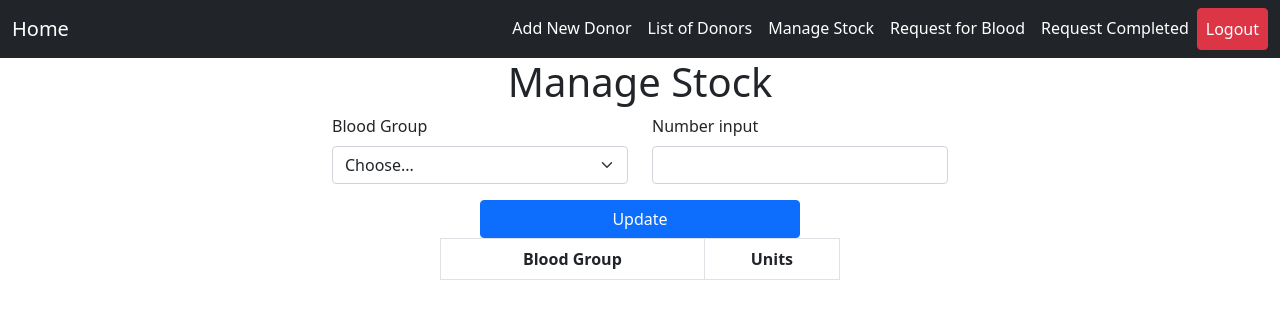
Repository: kshitizJ/Blood-Bank-Management-System-in-jsp
Page: http://localhost/Blood_Bank_Management_System/manageStock.jsp
These files come from the project's save history. The page is drawn as it stood at one moment and after the next save; the edit follows.
The browser window is 1280 px wide. The pictures show the whole page.
The page is served by Tomcat 9. Queries for data that is not in the repository find no rows.

Above is the page before, as saved 2021-04-28 13:30:34.

After the next save:
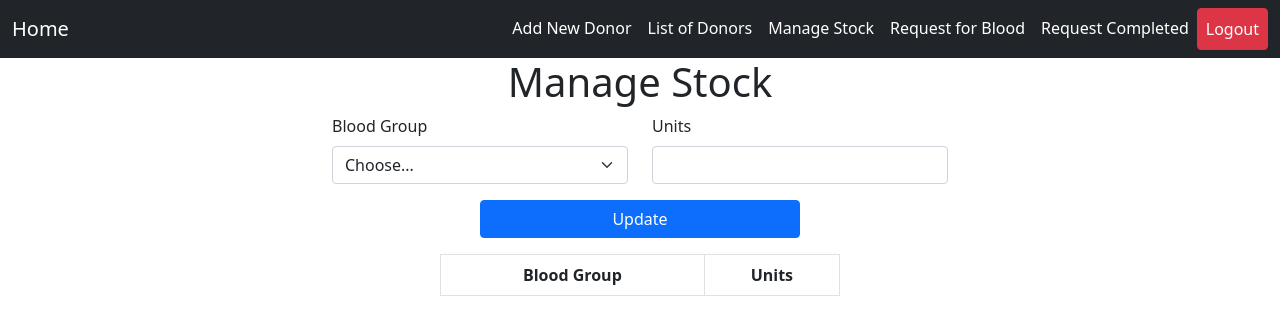
Saved 29 s later.
--- a/Blood Bank Management System/WebContent/manageStock.jsp
+++ b/Blood Bank Management System/WebContent/manageStock.jsp
@@ -51,7 +51,7 @@
 						</select>
 					</div>
 					<div class="mb-3 col-md-3">
-						<label class="form-label" for="typeNumber">Number input</label> <input
+						<label class="form-label" for="typeNumber">Units</label> <input
 							type="number" id="typeNumber" class="form-control" name="units"/>
 					</div>
 					<div class="offset-md-3"></div>
@@ -60,7 +60,7 @@
 			</div>
 			<br>
 			<br>
-			<div class="mb-3 col-12 d-flex justify-content-center">
+			<div class="my-3 col-12 d-flex justify-content-center">
 				<table class="size table table-bordered table-striped table-hover text-center">
 					<thead>
 						<tr>
